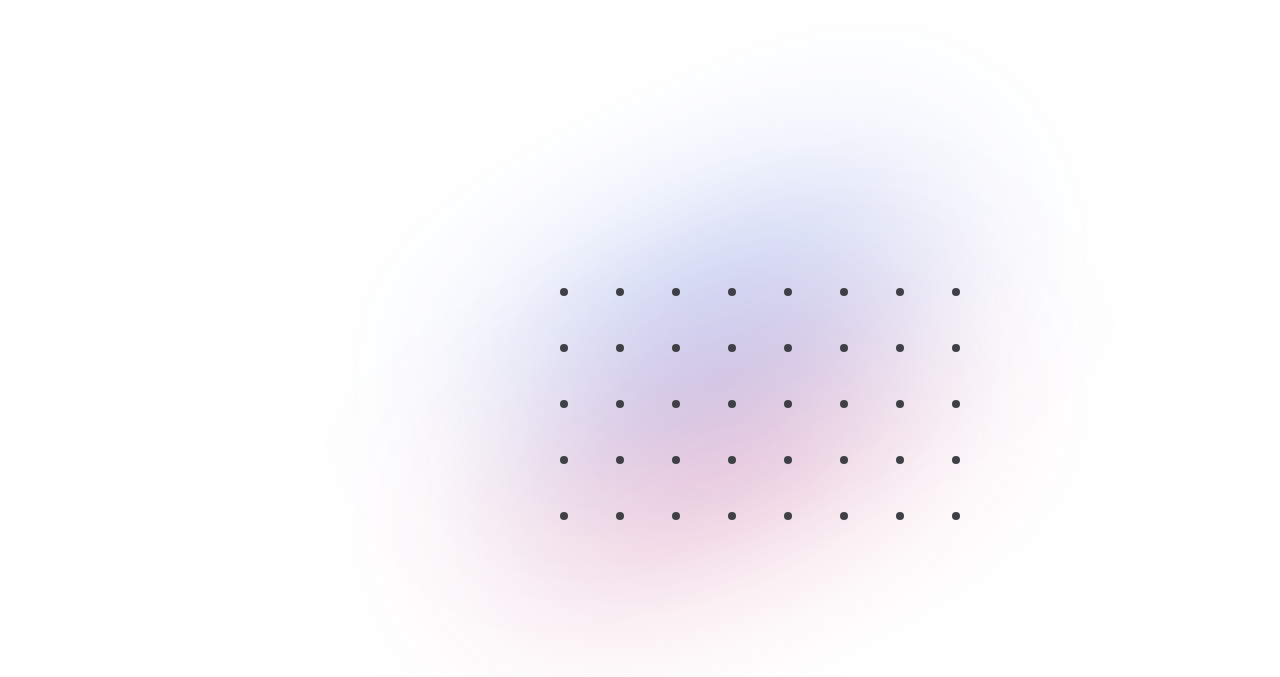
Repository: 30namp/youtube-web-art-code
Page: stunning landing page 1/index.html
An editor plug-in stored every save of this project. The page is shown before and after the next save, followed by the edit.
The browser window is 1280 px wide. The pictures show the whole page.

Above is the page before, as saved 2024-09-26 18:19:24.

After the next save:
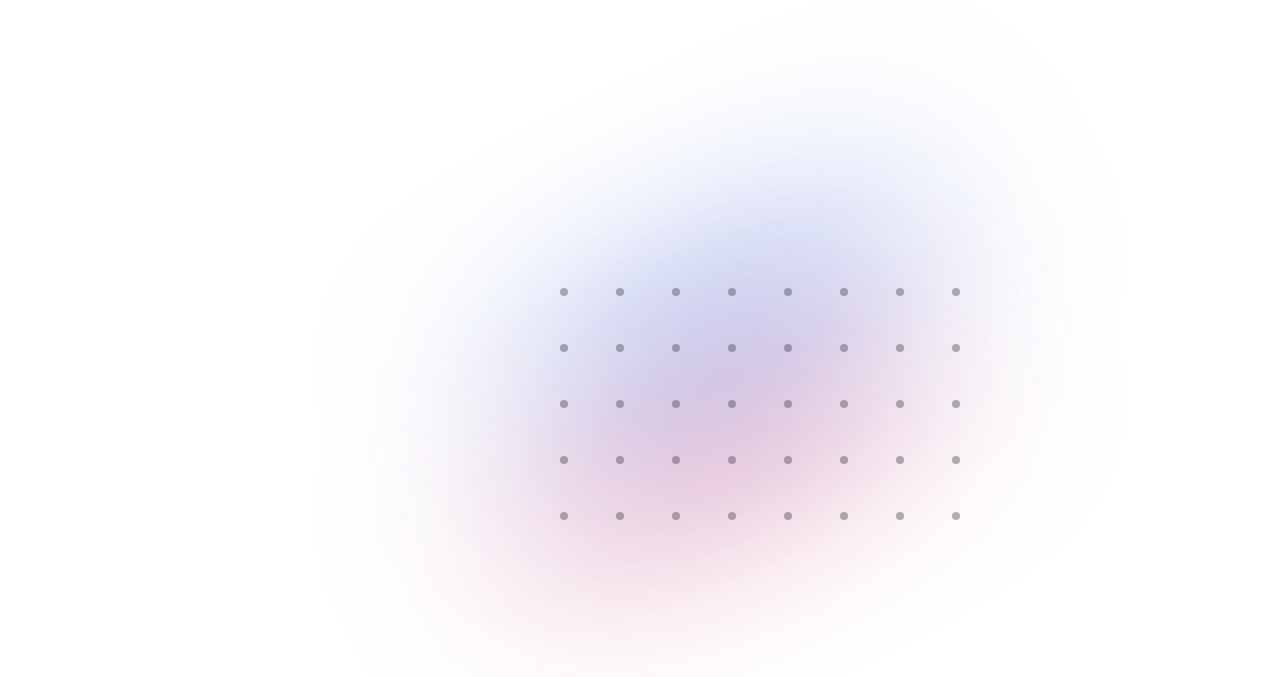
Saved 48 s later.
--- a/stunning landing page 1/index.html
+++ b/stunning landing page 1/index.html
@@ -14,46 +14,46 @@
       class="absolute right-[25%] top-[40%] h-12 w-[30rem] rounded-[100%] rotate-[-25deg] bg-blue-700 blur-[6rem]"
     ></div>
     <div class="grid grid-cols-8 gap-12 absolute right-[25%] top-[40%]">
-      <div class="rounded-full bg-zinc-700 size-2 shadow-lg"></div>
-      <div class="rounded-full bg-zinc-700 size-2 shadow-lg"></div>
-      <div class="rounded-full bg-zinc-700 size-2 shadow-lg"></div>
-      <div class="rounded-full bg-zinc-700 size-2 shadow-lg"></div>
-      <div class="rounded-full bg-zinc-700 size-2 shadow-lg"></div>
-      <div class="rounded-full bg-zinc-700 size-2 shadow-lg"></div>
-      <div class="rounded-full bg-zinc-700 size-2 shadow-lg"></div>
-      <div class="rounded-full bg-zinc-700 size-2 shadow-lg"></div>
-      <div class="rounded-full bg-zinc-700 size-2 shadow-lg"></div>
-      <div class="rounded-full bg-zinc-700 size-2 shadow-lg"></div>
-      <div class="rounded-full bg-zinc-700 size-2 shadow-lg"></div>
-      <div class="rounded-full bg-zinc-700 size-2 shadow-lg"></div>
-      <div class="rounded-full bg-zinc-700 size-2 shadow-lg"></div>
-      <div class="rounded-full bg-zinc-700 size-2 shadow-lg"></div>
-      <div class="rounded-full bg-zinc-700 size-2 shadow-lg"></div>
-      <div class="rounded-full bg-zinc-700 size-2 shadow-lg"></div>
-      <div class="rounded-full bg-zinc-700 size-2 shadow-lg"></div>
-      <div class="rounded-full bg-zinc-700 size-2 shadow-lg"></div>
-      <div class="rounded-full bg-zinc-700 size-2 shadow-lg"></div>
-      <div class="rounded-full bg-zinc-700 size-2 shadow-lg"></div>
-      <div class="rounded-full bg-zinc-700 size-2 shadow-lg"></div>
-      <div class="rounded-full bg-zinc-700 size-2 shadow-lg"></div>
-      <div class="rounded-full bg-zinc-700 size-2 shadow-lg"></div>
-      <div class="rounded-full bg-zinc-700 size-2 shadow-lg"></div>
-      <div class="rounded-full bg-zinc-700 size-2 shadow-lg"></div>
-      <div class="rounded-full bg-zinc-700 size-2 shadow-lg"></div>
-      <div class="rounded-full bg-zinc-700 size-2 shadow-lg"></div>
-      <div class="rounded-full bg-zinc-700 size-2 shadow-lg"></div>
-      <div class="rounded-full bg-zinc-700 size-2 shadow-lg"></div>
-      <div class="rounded-full bg-zinc-700 size-2 shadow-lg"></div>
-      <div class="rounded-full bg-zinc-700 size-2 shadow-lg"></div>
-      <div class="rounded-full bg-zinc-700 size-2 shadow-lg"></div>
-      <div class="rounded-full bg-zinc-700 size-2 shadow-lg"></div>
-      <div class="rounded-full bg-zinc-700 size-2 shadow-lg"></div>
-      <div class="rounded-full bg-zinc-700 size-2 shadow-lg"></div>
-      <div class="rounded-full bg-zinc-700 size-2 shadow-lg"></div>
-      <div class="rounded-full bg-zinc-700 size-2 shadow-lg"></div>
-      <div class="rounded-full bg-zinc-700 size-2 shadow-lg"></div>
-      <div class="rounded-full bg-zinc-700 size-2 shadow-lg"></div>
-      <div class="rounded-full bg-zinc-700 size-2 shadow-lg"></div>
+      <div class="rounded-full bg-zinc-700/40 size-2 shadow-lg"></div>
+      <div class="rounded-full bg-zinc-700/40 size-2 shadow-lg"></div>
+      <div class="rounded-full bg-zinc-700/40 size-2 shadow-lg"></div>
+      <div class="rounded-full bg-zinc-700/40 size-2 shadow-lg"></div>
+      <div class="rounded-full bg-zinc-700/40 size-2 shadow-lg"></div>
+      <div class="rounded-full bg-zinc-700/40 size-2 shadow-lg"></div>
+      <div class="rounded-full bg-zinc-700/40 size-2 shadow-lg"></div>
+      <div class="rounded-full bg-zinc-700/40 size-2 shadow-lg"></div>
+      <div class="rounded-full bg-zinc-700/40 size-2 shadow-lg"></div>
+      <div class="rounded-full bg-zinc-700/40 size-2 shadow-lg"></div>
+      <div class="rounded-full bg-zinc-700/40 size-2 shadow-lg"></div>
+      <div class="rounded-full bg-zinc-700/40 size-2 shadow-lg"></div>
+      <div class="rounded-full bg-zinc-700/40 size-2 shadow-lg"></div>
+      <div class="rounded-full bg-zinc-700/40 size-2 shadow-lg"></div>
+      <div class="rounded-full bg-zinc-700/40 size-2 shadow-lg"></div>
+      <div class="rounded-full bg-zinc-700/40 size-2 shadow-lg"></div>
+      <div class="rounded-full bg-zinc-700/40 size-2 shadow-lg"></div>
+      <div class="rounded-full bg-zinc-700/40 size-2 shadow-lg"></div>
+      <div class="rounded-full bg-zinc-700/40 size-2 shadow-lg"></div>
+      <div class="rounded-full bg-zinc-700/40 size-2 shadow-lg"></div>
+      <div class="rounded-full bg-zinc-700/40 size-2 shadow-lg"></div>
+      <div class="rounded-full bg-zinc-700/40 size-2 shadow-lg"></div>
+      <div class="rounded-full bg-zinc-700/40 size-2 shadow-lg"></div>
+      <div class="rounded-full bg-zinc-700/40 size-2 shadow-lg"></div>
+      <div class="rounded-full bg-zinc-700/40 size-2 shadow-lg"></div>
+      <div class="rounded-full bg-zinc-700/40 size-2 shadow-lg"></div>
+      <div class="rounded-full bg-zinc-700/40 size-2 shadow-lg"></div>
+      <div class="rounded-full bg-zinc-700/40 size-2 shadow-lg"></div>
+      <div class="rounded-full bg-zinc-700/40 size-2 shadow-lg"></div>
+      <div class="rounded-full bg-zinc-700/40 size-2 shadow-lg"></div>
+      <div class="rounded-full bg-zinc-700/40 size-2 shadow-lg"></div>
+      <div class="rounded-full bg-zinc-700/40 size-2 shadow-lg"></div>
+      <div class="rounded-full bg-zinc-700/40 size-2 shadow-lg"></div>
+      <div class="rounded-full bg-zinc-700/40 size-2 shadow-lg"></div>
+      <div class="rounded-full bg-zinc-700/40 size-2 shadow-lg"></div>
+      <div class="rounded-full bg-zinc-700/40 size-2 shadow-lg"></div>
+      <div class="rounded-full bg-zinc-700/40 size-2 shadow-lg"></div>
+      <div class="rounded-full bg-zinc-700/40 size-2 shadow-lg"></div>
+      <div class="rounded-full bg-zinc-700/40 size-2 shadow-lg"></div>
+      <div class="rounded-full bg-zinc-700/40 size-2 shadow-lg"></div>
     </div>
   </body>
 </html>
